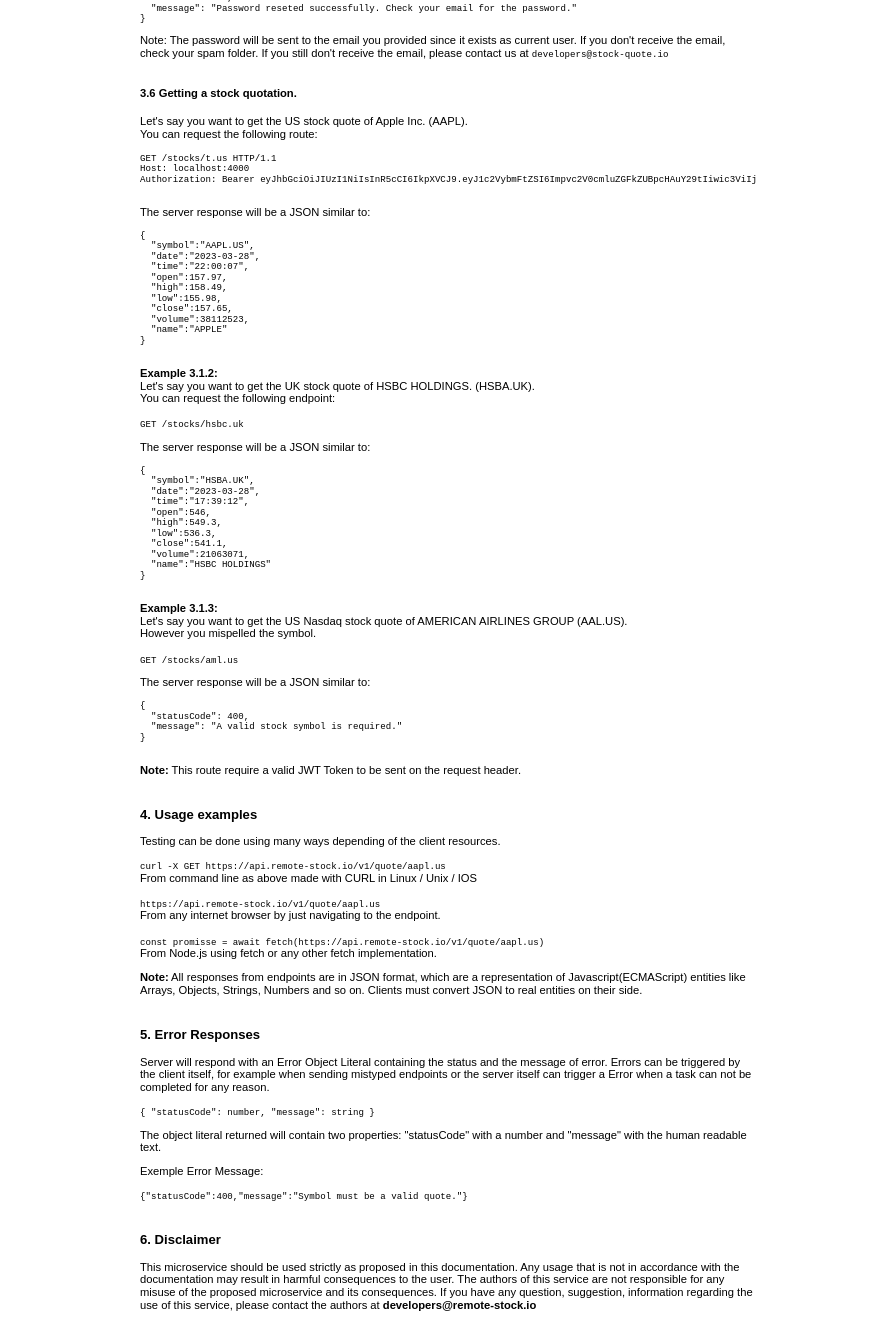
Repository: miguelamello/nest-js
Page: stock-service/documentation.html
These files come from the project's save history. The page is drawn as it stood at one moment and after a run of saves; the edit follows.
The browser window is 1280 px wide. The pictures show the part of the page from y = 3429 to 5349 px (the page is 5364 px tall before and 5394 px after), at 70% of full size.

Above is the page before, as saved 2023-04-03 09:47:55.

After the next 2 saves:
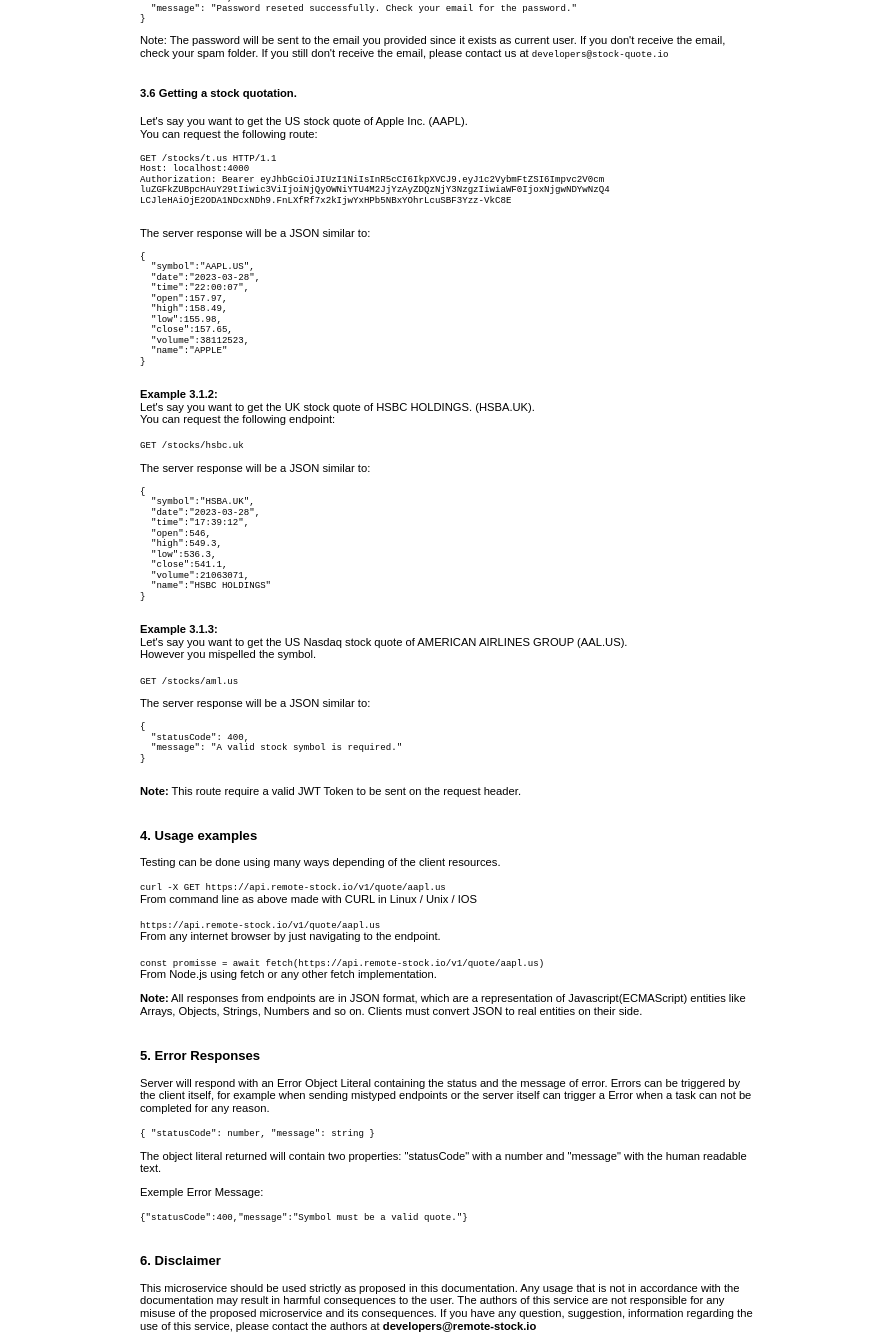
The 2 saves are shown as one change because they came seconds apart.
The last was saved 19 s later.
--- a/stock-service/documentation.html
+++ b/stock-service/documentation.html
@@ -279,7 +279,9 @@ email=yourname@example.com
     <pre>
 GET /stocks/t.us HTTP/1.1
 Host: localhost:4000
-Authorization: Bearer eyJhbGciOiJIUzI1NiIsInR5cCI6IkpXVCJ9.eyJ1c2VybmFtZSI6Impvc2V0cmluZGFkZUBpcHAuY29tIiwic3ViIjoiNjQyOWNiYTU4M2JjYzAyZDQzNjY3NzgzIiwiaWF0IjoxNjgwNDYwNzQ4LCJleHAiOjE2ODA1NDcxNDh9.FnLXfRf7x2kIjwYxHPb5NBxYOhrLcuSBF3Yzz-VkC8E
+Authorization: Bearer eyJhbGciOiJIUzI1NiIsInR5cCI6IkpXVCJ9.eyJ1c2VybmFtZSI6Impvc2V0cm
+luZGFkZUBpcHAuY29tIiwic3ViIjoiNjQyOWNiYTU4M2JjYzAyZDQzNjY3NzgzIiwiaWF0IjoxNjgwNDYwNzQ4
+LCJleHAiOjE2ODA1NDcxNDh9.FnLXfRf7x2kIjwYxHPb5NBxYOhrLcuSBF3Yzz-VkC8E
     </pre>
 
     <p>The server response will be a JSON similar to:</p>
